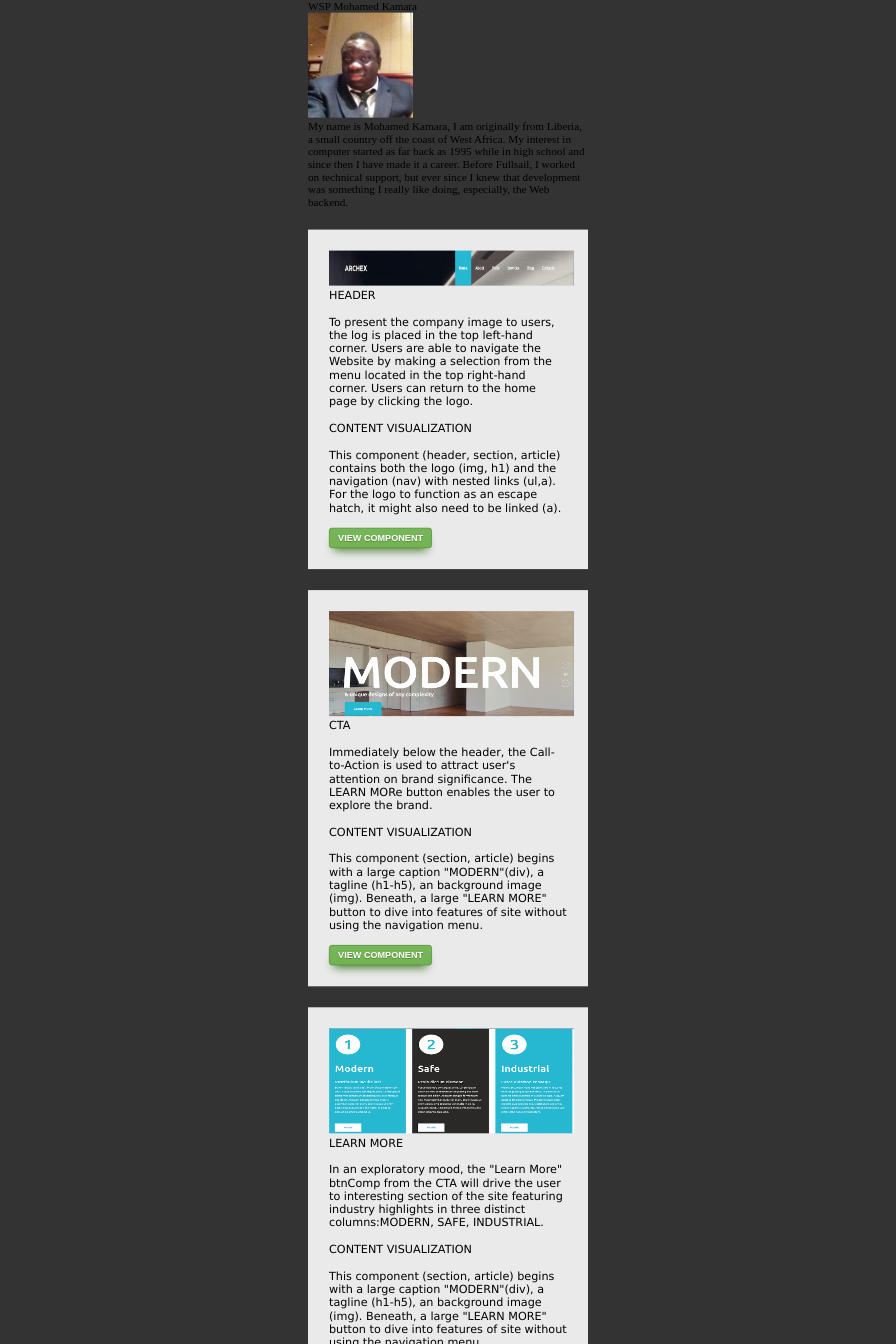
Repository: makamara/WSP_Project
Page: wsp/index.html
The author's editor kept a copy of each file at every save. The page is drawn from the files as they stood at one save, then again after the next save.
The browser window is 1280 px wide. The pictures show the part of the page from y = 0 to 1920 px (the page is 2580 px tall before and 2422 px after), at 70% of full size.

Above is the page before, as saved 2015-09-15 18:17:16.

### wsp/index.html
<!DOCTYPE html>
<html>
<head>
	<title>WSP: Mohamed Kamara</title>
	<link rel="stylesheet" type="text/css" href="css/reset.css" />
	<link rel="stylesheet" type="text/css" href="css/main.css" />
</head>
<body>


	<!-- Header -->
	<header>

	</header>

	<!-- About -->
	<section>
		<h1>WSP Mohamed Kamara</h1>
		<div class="image">
			<img src="images/art_pix.jpg" alt="Mohamed Kamara" width="150" height="150" />
			<p>My name is Mohamed Kamara, I am originally from Liberia, a small country off the coast of West Africa. My interest in computer
		started as far back as 1995 while in high school and since then I have made it a career. Before Fullsail, I worked on technical
		support, but ever since I knew that development was something I really like doing, especially, the Web backend.
		</p>
		</div>

	</section>

	<!-- Blog, Components -->
	<section>
		<!-- Header section -->
		<article>

			<img src="images/header.png" alt="Header Section" width="350" height="50" />
			<h1>HEADER</h1><br />
			<p>To present the company image to users, the log is placed in the top left-hand corner. Users are able to navigate the Website
			by making a selection from the menu located in the top right-hand corner. Users can return to the home page by clicking the logo.
			</p><br />
			<h3>CONTENT VISUALIZATION</h3><br />

			<p>This component (header, section, article) contains both the logo (img, h1) and the navigation (nav) with nested links (ul,a).
			For the logo to function as an escape hatch, it might also need to be linked (a).
			</p><br />
			<p><a href="" class="btnComp">VIEW COMPONENT</a></p>
		</article>
		<!-- CTA section -->
		<article>
			<img src="images/cta.jpg" alt="CTA" width="350" height="150" />
			<h1>CTA</h1><br />
			<p>Immediately below the header, the Call-to-Action is used to attract user's attention on brand significance.
				The <strong>LEARN MORe</strong> button enables the user to explore the brand.
			</p><br />
			<h3>CONTENT VISUALIZATION</h3><br />
			<p>This component (section, article) begins with a large caption "MODERN"(div), a tagline (h1-h5), an background image (img).
			Beneath, a large "LEARN MORE" button to dive into features of site without using the navigation menu.
			</p><br />
			<p><a href="" class="btnComp">VIEW COMPONENT</a></p>
		</article>
	<!-- LEARN MORE section -->
		<article>
			<img src="images/learnmore.jpg" alt="Learn More" width="350" height="150" />
			<h1>LEARN MORE</h1><br />
			<p>In an exploratory mood, the "Learn More" btnComp from the CTA will drive the user to interesting section of the site featuring
			industry highlights in three distinct columns:MODERN, SAFE, INDUSTRIAL.

			</p><br />
			<h3>CONTENT VISUALIZATION</h3><br />
			<p>This component (section, article) begins with a large caption "MODERN"(div), a tagline (h1-h5), an background image (img).
			Beneath, a large "LEARN MORE" button to dive into features of site without using the navigation menu.
			</p><br />
			<p><a href="" class="btnComp">VIEW COMPONENT</a></p>
		</article>
		<!-- FOOTER section -->
		<article>
			<img src="images/footer.jpg" alt="Footer" width="350" height="100" />
			<h1>FOOTER</h1><br />
			<p>At the bottom of the landing or home page the CONTACT US has three icons of top social network sites (Twitter, Facebook and Google+) for
			which allows users to build more trust in the brand.

			</p><br />
			<h3>CONTENT VISUALIZATION</h3>
			<p>This component (section, article, h1, icons,map) contains a large caption "Contact Us"(h1), three social network icons (Twitter, Facebook and Google+),
				 an background image (img). To the lower right-hand corner, a map of with hout using the navigation menu.
			</p>
			<p><a href="" class="btnComp">VIEW COMPONENT</a></p>
		</article>
	</section>
<footer>(c)2015 WSP Mohamed Kamara</footer>
</body>
</html>

### wsp/css/reset.css
/* CSS RESET
====================================================================================================
====================================================================================================
*/



html, body, div, main, span, applet, object, iframe,
h1, h2, h3, h4, h5, h6, p, blockquote, pre,
a, abbr, acronym, address, big, cite, code,
del, dfn, em, img, ins, kbd, q, s, samp,
small, strike, strong, sub, sup, tt, var,
b, u, i, center,
dl, dt, dd, ol, ul, li,
fieldset, form, label, legend, input, textarea,
table, caption, tbody, tfoot, thead, tr, th, td,
article, aside, canvas, details, embed,
figure, figcaption, footer, header, hgroup,
menu, nav, output, ruby, section, summary,
time, mark, audio, video,
::before, ::after {

	margin: 0; padding: 0;
	border: 0;
	font-size: 100%;
	font: inherit;
	vertical-align: baseline;
	text-decoration: none;

	box-sizing: border-box;

}

// HTML5 - Older browser support
// ======================================================================
article, aside, details, figcaption, figure,
footer, header, hgroup, menu, nav, section {
	display: block;
}


// BODY
// ======================================================================
body {
	line-height: 1;
	font-family: Verdana, Arial, Helvetica, sans-serif;

}


// LISTS - Clear bullets
// ======================================================================
ol, ul { list-style: none; }


// QUOTES
// ======================================================================
blockquote, q { quotes: none; }
blockquote:before, blockquote:after,
q:before, q:after {
	content: '';
	content: none;
}

// TABLES
// ======================================================================
table {
	border-collapse: collapse;
	border-spacing: 0;
}

### wsp/css/main.css
/* Project CSS
============================================================
============================================================*/
body {
    background: #333333;
}

header, section {
    width: 400px;
    margin: 0 auto;
}


/* HEADER ============================== */

/* ABOUT ============================== */

/* COMPONENTS ============================== */
article {
    background: #eaeaea;
    padding: 30px;
    margin: 30px 0;
    font-family: Verdana, Arial, Helvetica, sans-serif;
}

/* View Component button ============================== */
.btnComp {
	-moz-box-shadow: 0px 10px 14px -7px #3e7327;
	-webkit-box-shadow: 0px 10px 14px -7px #3e7327;
	box-shadow: 0px 10px 14px -7px #3e7327;
	background:-webkit-gradient(linear, left top, left bottom, color-stop(0.05, #77b55a), color-stop(1, #72b352));
	background-color:#77b55a;
	-moz-border-radius:4px;
	-webkit-border-radius:4px;
	border-radius:4px;
	border:1px solid #4b8f29;
	display:inline-block;
	cursor:pointer;
	color:#ffffff;
	font-family:Arial;
	font-size:13px;
	font-weight:bold;
	padding:6px 12px;
	text-decoration:none;
	text-shadow:0px 1px 0px #5b8a3c;
}
.btnComp:hover {
	background:-webkit-gradient(linear, left top, left bottom, color-stop(0.05, #72b352), color-stop(1, #77b55a));
	background-color:#72b352;
}
.btnComp:active {
	position:relative;
	top:1px;
}

After the next save:
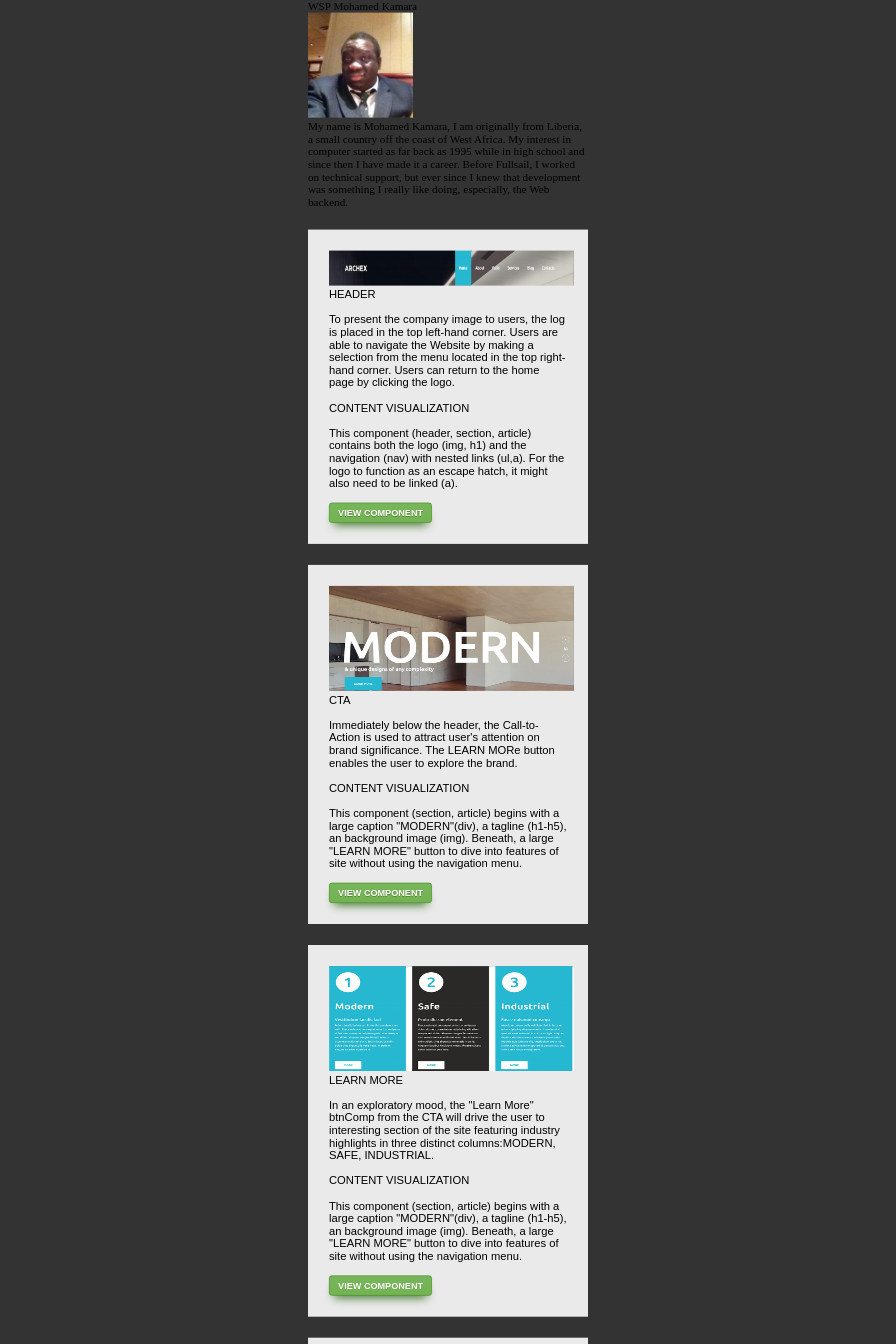
Saved 3 min 59 s later.
--- a/wsp/css/main.css
+++ b/wsp/css/main.css
@@ -20,7 +20,7 @@ article {
     background: #eaeaea;
     padding: 30px;
     margin: 30px 0;
-    font-family: Verdana, Arial, Helvetica, sans-serif;
+    font-family:Arial, Helvetica, sans-serif;
 }
 
 /* View Component button ============================== */
